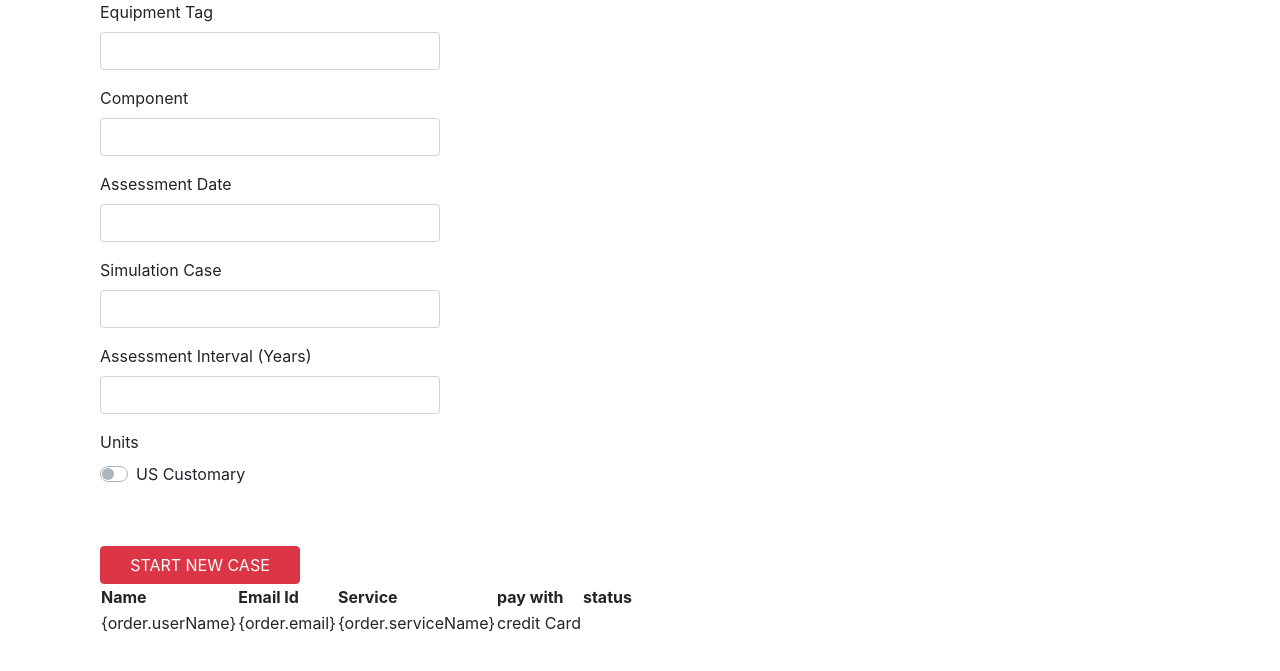
Repository: arif286/dashboard
Page: /
The author's editor kept a copy of each file at every save. The page is drawn from the files as they stood at one save, then again after the next save.
The browser window is 1280 px wide. The pictures show the whole page.
The project was rebuilt for these pictures with package versions that can differ from the ones it lists, and the page was loaded fresh each time. The framework's server and built-in components were replaced by stand-ins that run in the browser. Also part of the build but not shown: nuxt.config.js, components/Nav.vue.

Above is the page before, as saved 2021-06-18 17:37:05.

### components/Form.vue
<template>
  <div>
    <form class="Assessment-input" action="">
      <div class="mb-3">
        <label for="Input1" class="form-label">Equipment Tag</label>
        <input id="Input1" type="text" class="form-control">
      </div>
      <div class="mb-3">
        <label for="Input2" class="form-label">Component</label>
        <input id="Input2" type="text" class="form-control">
      </div>
      <div class="mb-3">
        <label for="Input3" class="form-label">Assessment Date</label>
        <input id="Input3" type="text" class="form-control">
      </div>
      <div class="mb-3">
        <label for="Input4" class="form-label">Simulation Case</label>
        <input id="Input4" type="text" class="form-control">
      </div>
      <div class="mb-3">
        <label for="Input5" class="form-label">Assessment Interval (Years)</label>
        <input id="Input5" type="text" class="form-control">
      </div>
      <div>
        <label for="Input5" class="form-label">Units</label>
        <b-form-checkbox v-model="checked" name="check-button" switch>
          US Customary
        </b-form-checkbox>
      </div>
      <b-button class="submit-button" type="submit" variant="danger">
        START NEW CASE
      </b-button>
    </form>
  </div>
</template>
<script>
export default {
  data () {
    return {
      form: {
        email: '',
        name: '',
        food: null,
        checked: []
      },
      foods: [
        { text: 'Select One', value: null },
        'Carrots',
        'Beans',
        'Tomatoes',
        'Corn'
      ],
      show: true,
      checked: false
    }
  },
  methods: {
    onSubmit (event) {
      event.preventDefault()
      alert(JSON.stringify(this.form))
    }
  }
}
</script>
<style>
.submit-button {
  width: 200px;
  margin-top: 60px;
}
.Assessment-input input:focus {
  border-color: red;
  box-shadow: none;
}
</style>

### components/Table.vue
<template>
  <div>
    <table className="table table-borderless">
      <thead>
        <tr>
          <th className="text-secondary" scope="col">
            Name
          </th>
          <th className="text-secondary" scope="col">
            Email Id
          </th>
          <th className="text-secondary" scope="col">
            Service
          </th>
          <th className="text-secondary" scope="col">
            pay with
          </th>
          <th className="text-secondary" scope="col">
            status
          </th>
        </tr>
      </thead>
      <tbody>
        <tr>
          <td>{order.userName}</td>
          <td>{order.email}</td>
          <td>{order.serviceName}</td>
          <td>credit Card</td>
          <!-- <td>
            <select
              onBlur="{()"
              =
            >
              {
              handleUpdate(order._id);
              }}
              onChange={handleChange}
              className="form-select"
              aria-label="Default select example"
              >
              <option value="{order.status}">
                Pending
              </option>
              <option value="On going">
                On going
              </option>
              <option value="Done">
                Done
              </option>
            </select>
          </td> -->
        </tr>
      </tbody>
    </table>
  </div>
</template>
<script></script>
<style></style>

### pages/index.vue
<template>
  <div class="container">
    <div class="col-4">
      <Form />
    </div>
    <div class="col-7">
      <Table />
    </div>
  </div>
</template>

<script>
// eslint-disable-next-line semi
export default {};
</script>

<style></style>

Loaded but not shown: layouts/default.vue (common file)

After the next save:
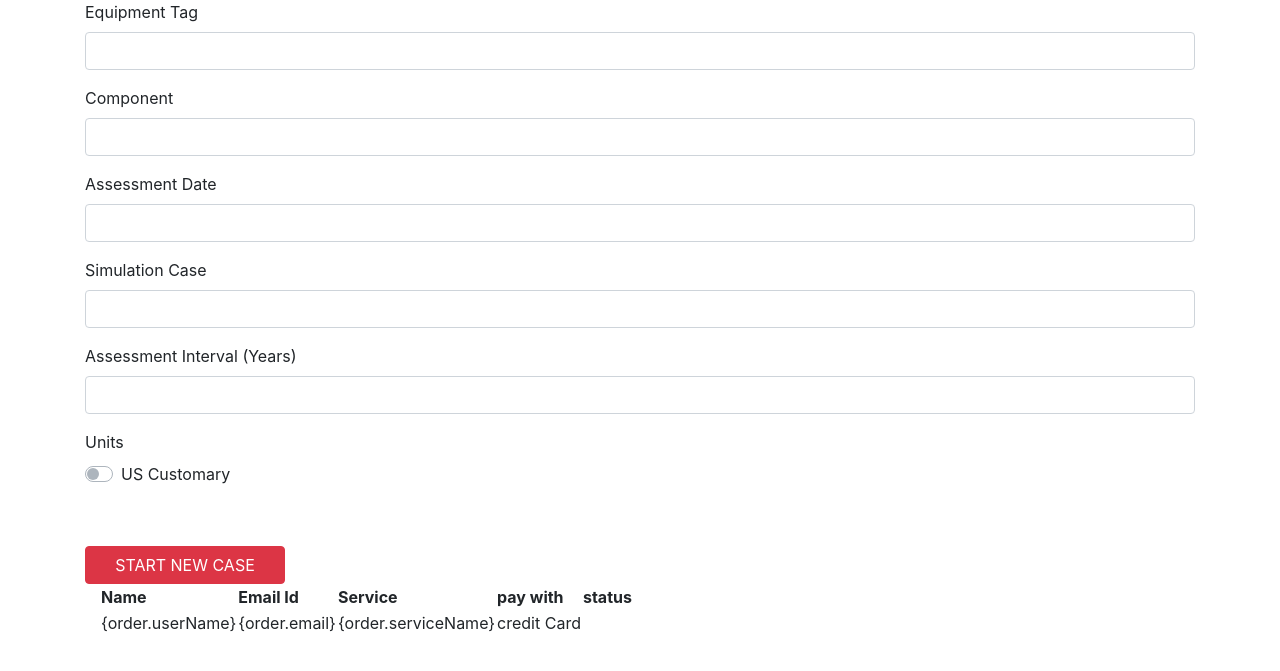
Saved 4 s later.
--- a/pages/index.vue
+++ b/pages/index.vue
@@ -1,6 +1,6 @@
 <template>
   <div class="container">
-    <div class="col-4">
+    <div class="col-">
       <Form />
     </div>
     <div class="col-7">
